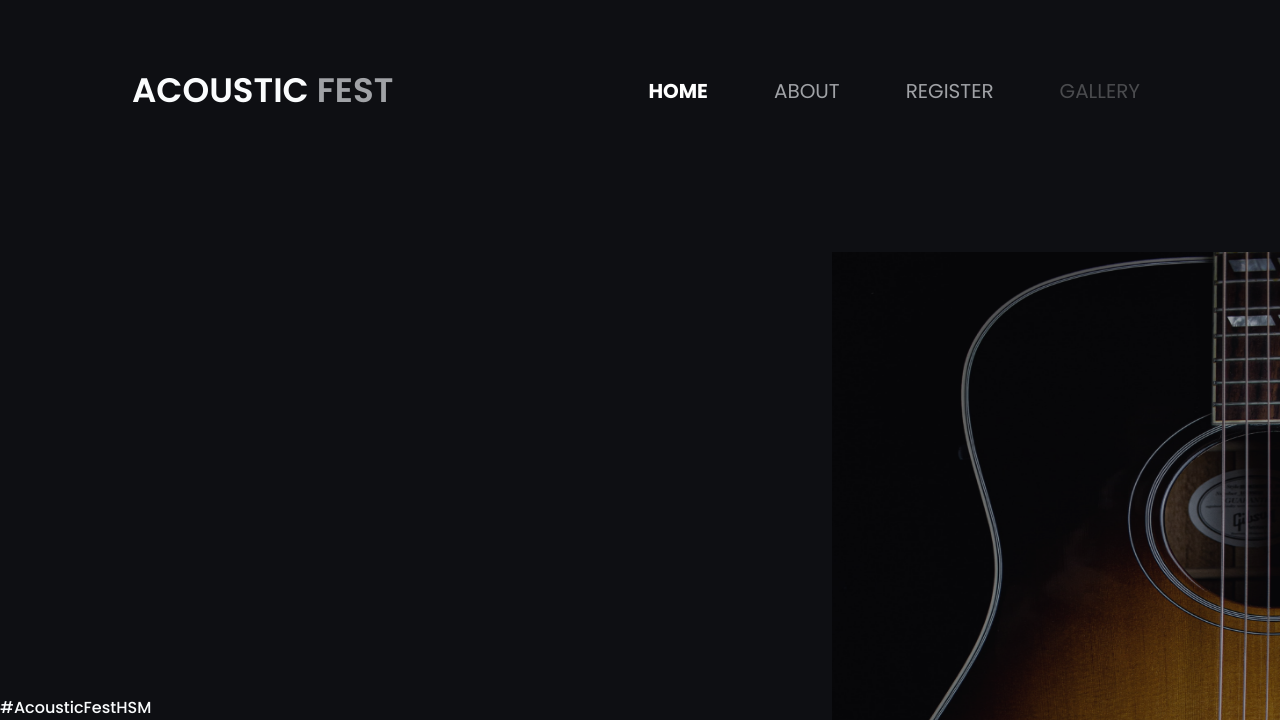
Repository: piyushiso/piyushiso.github.io
Page: event/acousticfest/index.html
The author's editor kept a copy of each file at every save. The page is drawn from the files as they stood at one save, then again after a run of saves.
The browser window is 1280 px wide. The pictures show the whole page.
Some web fonts or font styles are not loaded; a fallback is used.

Above is the page before, as saved 2022-05-14 03:20:40.

After the next 2 saves:
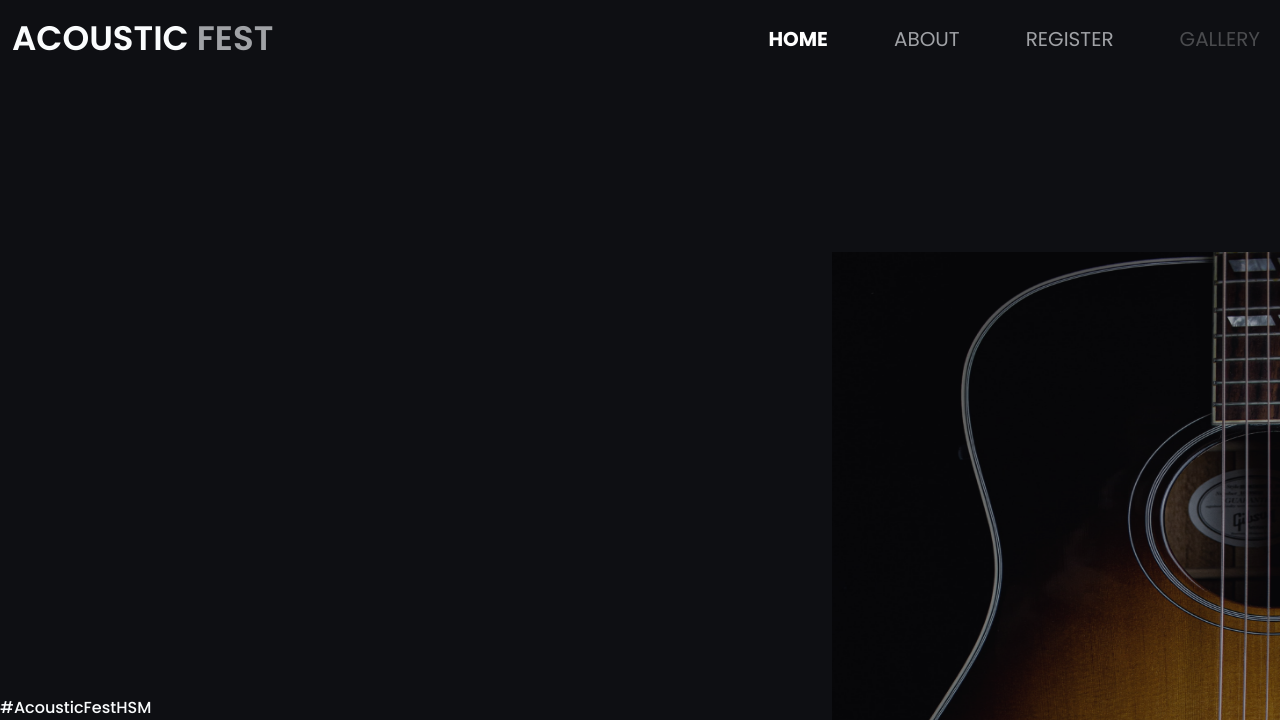
The 2 saves are shown as one change because they came seconds apart.
The last was saved 27 s later.
--- a/event/acousticfest/styles/style.css
+++ b/event/acousticfest/styles/style.css
@@ -34,11 +34,12 @@
     background-attachment: fixed;
     background-position: bottom right;
     background-size: 35% 65%;
+    padding: var(--padding-y) var(--padding-x)!important;
 }
 
 nav {
     background: var(--bg) !important;
-    padding: var(--padding-y) var(--padding-x)!important;
+
 }
 
 .navbar-dark, .bg-dark{

After the save that followed:
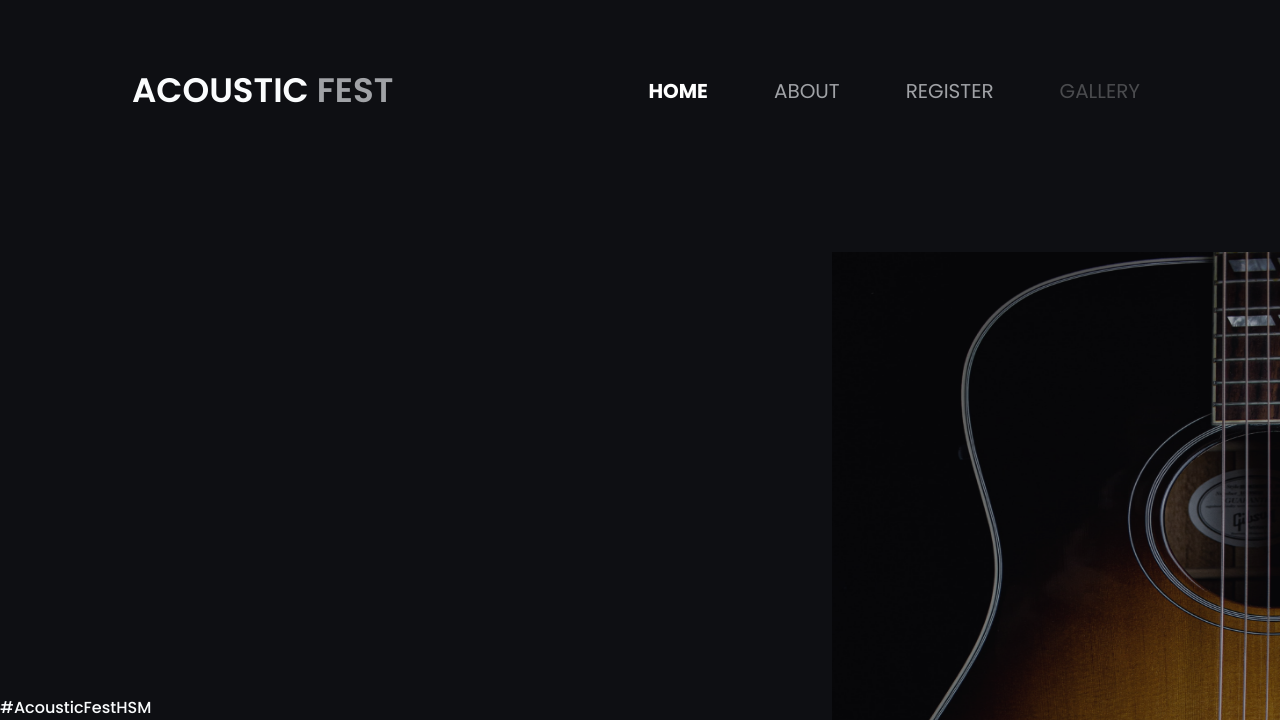
Saved 6 s later.
--- a/event/acousticfest/styles/style.css
+++ b/event/acousticfest/styles/style.css
@@ -34,12 +34,11 @@
     background-attachment: fixed;
     background-position: bottom right;
     background-size: 35% 65%;
-    padding: var(--padding-y) var(--padding-x)!important;
 }
 
 nav {
     background: var(--bg) !important;
-
+    padding: var(--padding-y) var(--padding-x)!important;
 }
 
 .navbar-dark, .bg-dark{
